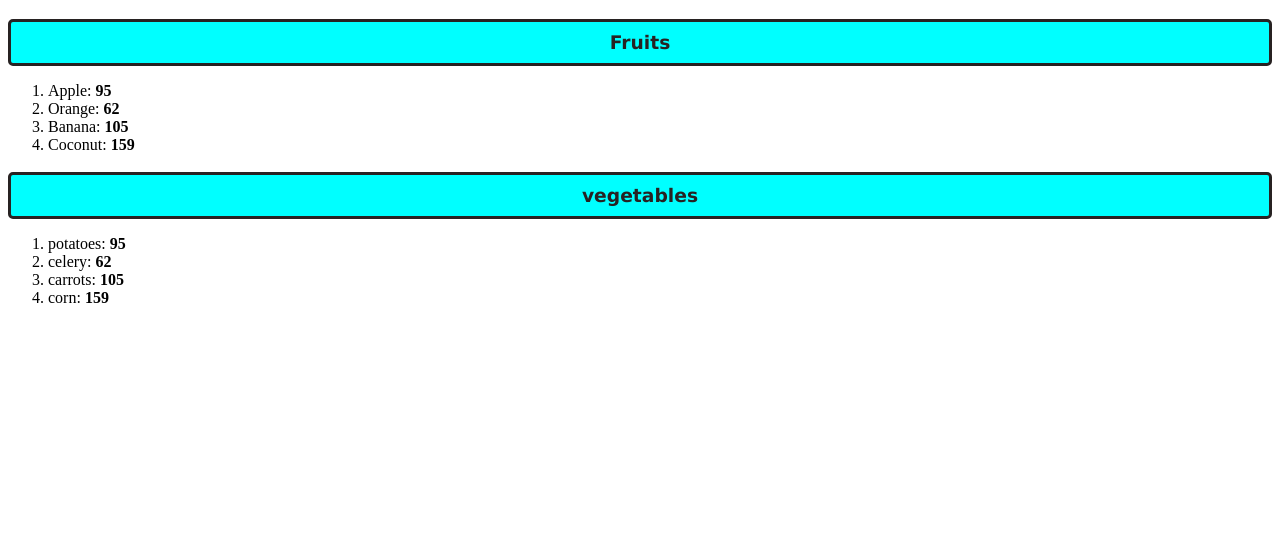
Repository: wakoya-tech/my-react-practice
Page: /
These files come from the project's save history. The page is drawn as it stood at one moment and after the next save; the edit follows.
The browser window is 1280 px wide. The pictures show the whole page.
The project was rebuilt for these pictures with package versions that can differ from the ones it lists, and the page was loaded fresh each time. Also part of the build but not shown: vite.config.js.

Above is the page before, as saved 2025-10-01 17:05:08.

After the next save:
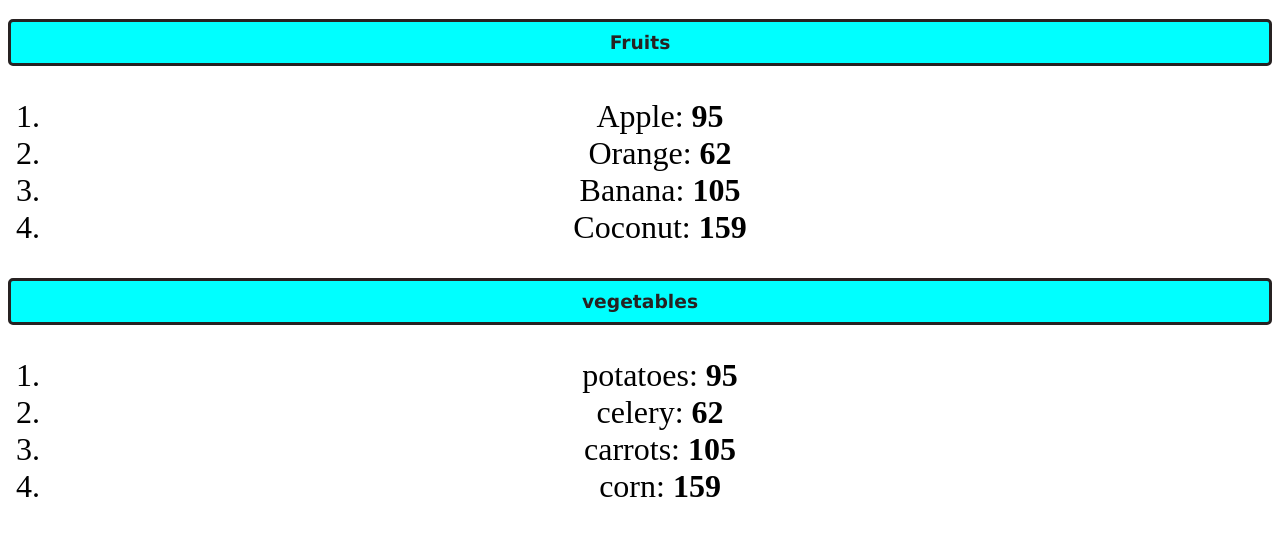
Saved 46 s later.
--- a/src/index.css
+++ b/src/index.css
@@ -8,3 +8,7 @@
   padding: 10px;
   border-radius: 5px;
 }
+.list-items{
+  text-align: center;
+  font-size: 2rem;
+}
